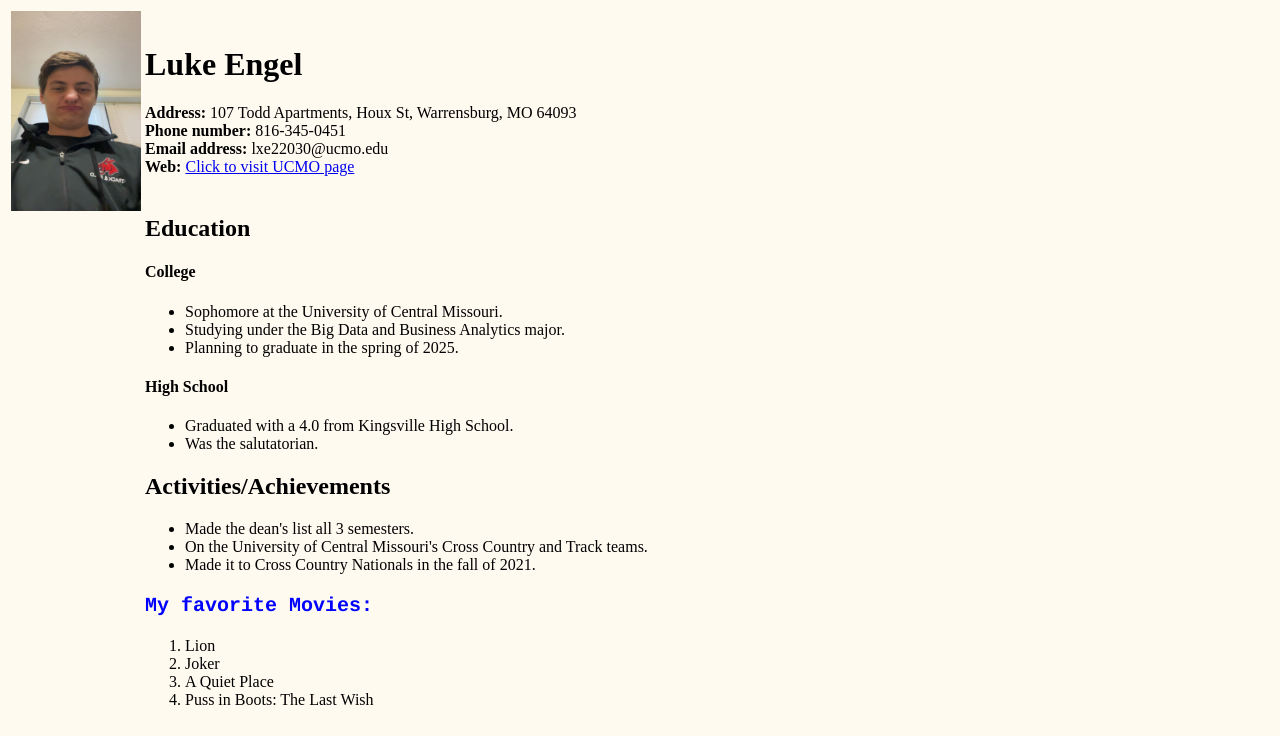
Repository: lxe22030/spring-2023-cis2625-serverless
Page: lesson5/Index.htm
The author's editor kept a record of every edit. The page is drawn from the files as they stood at one moment, then again after the next edit.
The browser window is 1280 px wide. The pictures show the whole page.

Above is the page before.

### lesson5/Index.htm
<html>
<head>
    <title>My Resume</title>
    <link rel="stylesheet" href="css/engel.css"> </link>

</head>
<body >


<table name="top" id="top">
<tr>
<td><img src="img/IMG_2135.JPG" ></td>
<td><h1>Luke Engel</h1><b>Address:</b> 107 Todd Apartments, Houx St, Warrensburg, MO 64093</br>
<b>Phone number:</b> 816-345-0451</br>
<b>Email address:</b> lxe22030@ucmo.edu</br>
<b>Web:</b> <a href="https://www.ucmo.edu"> Click to visit UCMO page</a></br></td>
</tr>
<tr>
<td> </td>
<td><h2>Education</h2><h4>College</h4>
<ul>
    <li>Sophomore at the University of Central Missouri.</li>
    <li>Studying under the Big Data and Business Analytics major.</li>
    <li>Planning to graduate in the spring of 2025.</li>
</ul>
<h4>High School</h4>
<ul>
<li>Graduated with a 4.0 from Kingsville High School.</li>
<li>Was the salutatorian.</li>
</ul>
<h2>Activities/Achievements</h2>
<ul>
    <li>Made the dean's list all 3 semesters. </li>
    <li>On the University of Central Missouri's Cross Country and Track teams.</li>
    <li>Made it to Cross Country Nationals in the fall of 2021.</li>
</ul>


<p><b>My favorite Movies:</b></p>
<ol>
    <li>Lion</li>
    <li>Joker</li>
    <li>A Quiet Place</li>
    <li>Puss in Boots: The Last Wish</li>
</ol>

</td>
</tr>
</table>

</body>
</html>

### lesson5/css/engel.css

        body {background-color:floralwhite;}
        img{width:130; height:200}
        p {font-family:courier;font-size:20px;color:blue;}

After the next edit:
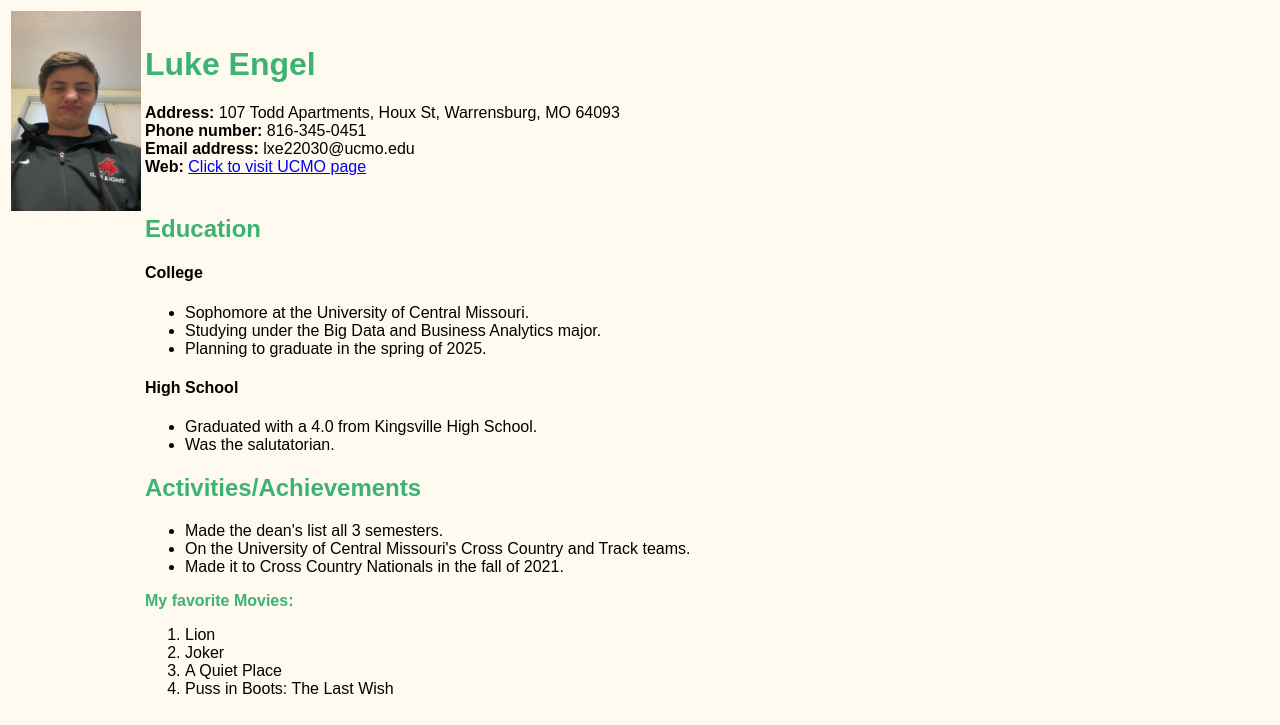
The edit:
--- a/lesson5/css/engel.css
+++ b/lesson5/css/engel.css
@@ -1,4 +1,5 @@
 
         body {background-color:floralwhite;}
         img{width:130; height:200}
-        p {font-family:courier;font-size:20px;color:blue;}
+        h1,h2,p{color:MediumSeaGreen;}
+        * {font-family:sans-serif}
